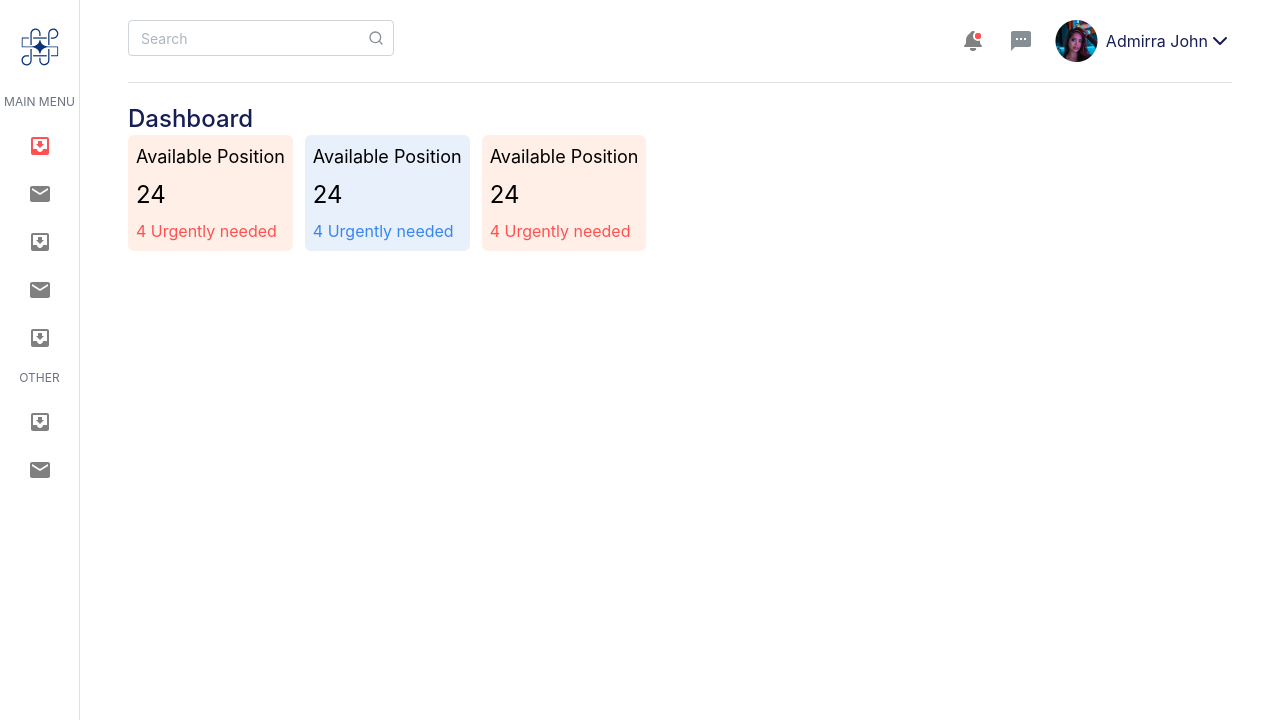
Repository: SatyaDewangan05/sample-dashboard
Page: /
The author's editor kept a copy of each file at every save. The page is drawn from the files as they stood at one save, then again after the next save.
The browser window is 1280 px wide. The pictures show the whole page.
The project was rebuilt for these pictures with package versions that can differ from the ones it lists, and the page was loaded fresh each time. The framework's server and built-in components were replaced by stand-ins that run in the browser. Also part of the build but not shown: next.config.mjs.

Above is the page before, as saved 2024-09-21 23:36:38.

### src/app/layout.js
import localFont from "next/font/local";
import "./globals.css";
import { MantineProvider } from "@mantine/core";
import "@mantine/core/styles.css";

const geistSans = localFont({
  src: "./fonts/GeistVF.woff",
  variable: "--font-geist-sans",
  weight: "100 900",
});
const geistMono = localFont({
  src: "./fonts/GeistMonoVF.woff",
  variable: "--font-geist-mono",
  weight: "100 900",
});

export const metadata = {
  title: "Create Next App",
  description: "Generated by create next app",
};

export default function RootLayout({ children }) {
  return (
    <html lang="en">
      <body
        className={`${geistSans.variable} ${geistMono.variable} antialiased bg-white`}
      >
        <MantineProvider>{children}</MantineProvider>
      </body>
    </html>
  );
}

### src/app/page.jsx
import Image from "next/image";
import MiniDrawer from "./components/Drawer";
import {
  ActionIcon,
  Anchor,
  Avatar,
  Divider,
  Indicator,
  TextInput,
  Title,
} from "@mantine/core";
import { Search } from "lucide-react";
import {
  IconBellFilled,
  IconChevronCompactDown,
  IconChevronDown,
} from "@tabler/icons-react";
import TextsmsIcon from "@mui/icons-material/Textsms";
import DP from "@/images/dp.png";
import ThreeData from "./components/card/ThreeData";

export default function Home() {
  return (
    <div className="flex">
      <MiniDrawer />
      <div className="w-full px-12">
        {/* Top Bar */}
        <div className="w-full py-5 flex justify-between">
          <TextInput placeholder="Search" rightSection={<Search size={16} />} />
          <div className="flex items-center gap-5">
            <ActionIcon
              variant="transparent"
              color="gray"
              // c="black"
              aria-label="Settings"
            >
              <Indicator color="#FF5151" offset={7} withBorder>
                <IconBellFilled color="gray" />
              </Indicator>
            </ActionIcon>
            <ActionIcon
              variant="transparent"
              color="gray"
              // c="black"
              aria-label="Settings"
            >
              <TextsmsIcon color="gray" />
            </ActionIcon>
            <div className="flex gap-2 items-center">
              <Image src={DP} />
              <Anchor
                href="https://mantine.dev/"
                target="_blank"
                underline="never"
                c="#161E54"
              >
                <div className="flex items-center">
                  Admirra John
                  <IconChevronDown />
                </div>
              </Anchor>
            </div>
          </div>
        </div>
        <Divider />

        <div className="w-full py-5">
          <p className="text-2xl font-medium text-[#161E54]">Dashboard</p>
          <div className="flex gap-3">
            <ThreeData bgColor="#FFEFE7" textColor="#FF5151" />
            <ThreeData bgColor="#E8F0FB" textColor="#3786F1" />
            <ThreeData bgColor="#FFEFE7" textColor="#FF5151" />
          </div>
        </div>
      </div>
    </div>
  );
}

### src/app/globals.css
@tailwind base;
@tailwind components;
@tailwind utilities;

:root {
  --background: #ffffff;
  --foreground: #171717;
}

/* @media (prefers-color-scheme: dark) {
  :root {
    --background: #0a0a0a;
    --foreground: #ededed;
  }
} */

body {
  color: var(--foreground);
  background: var(--background);
  font-family: Arial, Helvetica, sans-serif;
}

@layer utilities {
  .text-balance {
    text-wrap: balance;
  }
}

@layer base {
  :root {
    --background: 0 0% 100%;
    --foreground: 0 0% 3.9%;
    --card: 0 0% 100%;
    --card-foreground: 0 0% 3.9%;
    --popover: 0 0% 100%;
    --popover-foreground: 0 0% 3.9%;
    --primary: 0 0% 9%;
    --primary-foreground: 0 0% 98%;
    --secondary: 0 0% 96.1%;
    --secondary-foreground: 0 0% 9%;
    --muted: 0 0% 96.1%;
    --muted-foreground: 0 0% 45.1%;
    --accent: 0 0% 96.1%;
    --accent-foreground: 0 0% 9%;
    --destructive: 0 84.2% 60.2%;
    --destructive-foreground: 0 0% 98%;
    --border: 0 0% 89.8%;
    --input: 0 0% 89.8%;
    --ring: 0 0% 3.9%;
    --chart-1: 12 76% 61%;
    --chart-2: 173 58% 39%;
    --chart-3: 197 37% 24%;
    --chart-4: 43 74% 66%;
    --chart-5: 27 87% 67%;
    --radius: 0.5rem;
  }
  .dark {
    --background: 0 0% 3.9%;
    --foreground: 0 0% 98%;
    --card: 0 0% 3.9%;
    --card-foreground: 0 0% 98%;
    --popover: 0 0% 3.9%;
    --popover-foreground: 0 0% 98%;
    --primary: 0 0% 98%;
    --primary-foreground: 0 0% 9%;
    --secondary: 0 0% 14.9%;
    --secondary-foreground: 0 0% 98%;
    --muted: 0 0% 14.9%;
    --muted-foreground: 0 0% 63.9%;
    --accent: 0 0% 14.9%;
    --accent-foreground: 0 0% 98%;
    --destructive: 0 62.8% 30.6%;
    --destructive-foreground: 0 0% 98%;
    --border: 0 0% 14.9%;
    --input: 0 0% 14.9%;
    --ring: 0 0% 83.1%;
    --chart-1: 220 70% 50%;
    --chart-2: 160 60% 45%;
    --chart-3: 30 80% 55%;
    --chart-4: 280 65% 60%;
    --chart-5: 340 75% 55%;
  }
}

@layer base {
  * {
    @apply border-border;
  }
  body {
    @apply bg-background text-foreground;
  }
}

### src/app/components/Drawer.jsx
"use client";

import { styled } from "@mui/material/styles";
import MuiDrawer from "@mui/material/Drawer";
import List from "@mui/material/List";
import IconButton from "@mui/material/IconButton";
import MenuIcon from "@mui/icons-material/Menu";

import ListItem from "@mui/material/ListItem";
import ListItemButton from "@mui/material/ListItemButton";
import ListItemIcon from "@mui/material/ListItemIcon";
import ListItemText from "@mui/material/ListItemText";
import InboxIcon from "@mui/icons-material/MoveToInbox";
import MailIcon from "@mui/icons-material/Mail";
import { useState } from "react";
import Image from "next/image";

import Logo from "@/images/logo.svg";
import LogoWithName from "@/images/logo_with_name.png";

const drawerWidth = 220;

const openedMixin = (theme) => ({
  width: drawerWidth,
  transition: theme.transitions.create("width", {
    easing: theme.transitions.easing.sharp,
    duration: theme.transitions.duration.enteringScreen,
  }),
  overflowX: "hidden",
});

const closedMixin = (theme) => ({
  transition: theme.transitions.create("width", {
    easing: theme.transitions.easing.sharp,
    duration: theme.transitions.duration.leavingScreen,
  }),
  overflowX: "hidden",
  width: "80px",
  [theme.breakpoints.up("sm")]: {
    width: "80px",
  },
});

const DrawerHeader = styled("div")(({ theme }) => ({
  display: "flex",
  alignItems: "center",
  justifyContent: "center",
  padding: "20px",
  // necessary for content to be below app bar
  ...theme.mixins.toolbar,
}));

const Drawer = styled(MuiDrawer, {
  shouldForwardProp: (prop) => prop !== "open",
})(({ theme }) => ({
  width: drawerWidth,
  flexShrink: 0,
  whiteSpace: "nowrap",
  boxSizing: "border-box",
  variants: [
    {
      props: ({ open }) => open,
      style: {
        ...openedMixin(theme),
        "& .MuiDrawer-paper": openedMixin(theme),
      },
    },
    {
      props: ({ open }) => !open,
      style: {
        ...closedMixin(theme),
        "& .MuiDrawer-paper": closedMixin(theme),
      },
    },
  ],
}));

export default function MiniDrawer() {
  const [open, setOpen] = useState(false);

  const [active, setActive] = useState("Dashboard");

  return (
    <Drawer variant="permanent" open={open}>
      <DrawerHeader>
        <IconButton onClick={() => setOpen((prevState) => !prevState)}>
          {open ? (
            <Image src={LogoWithName} alt="Images" />
          ) : (
            <Image className="mx-auto" src={Logo} alt="Images" />
          )}
        </IconButton>
      </DrawerHeader>
      <p
        className={`h-5 uppercase text-xs  text-gray-500 ${
          open ? "pl-5" : "text-center"
        }`}
      >
        Main Menu
      </p>
      <List>
        {["Dashboard", "Recruitment", "Schedule", "Employee", "Department"].map(
          (text, index) => (
            <ListItem key={text} disablePadding sx={{ display: "block" }}>
              <ListItemButton
                sx={[
                  {
                    minHeight: 48,
                    px: 2,
                    color: active === text ? "#FF5151" : "unset",
                  },
                  open
                    ? {
                        justifyContent: "initial",
                      }
                    : {
                        justifyContent: "center",
                      },
                ]}
                onClick={() => setActive(text)}
              >
                <ListItemIcon
                  sx={[
                    {
                      //   minWidth: 0,
                      justifyContent: "center",
                      color: active === text ? "#FF5151" : "gray",
                    },
                    open
                      ? {
                          mr: 2,
                        }
                      : {
                          mx: "auto",
                        },
                  ]}
                >
                  {index % 2 === 0 ? <InboxIcon /> : <MailIcon />}
                </ListItemIcon>
                <ListItemText
                  primary={text}
                  sx={[
                    open
                      ? {
                          opacity: 1,
                        }
                      : {
                          opacity: 0,
                        },
                  ]}
                />
              </ListItemButton>
            </ListItem>
          )
        )}
      </List>
      <p
        className={`h-5 uppercase text-xs text-gray-500 ${
          open ? " pl-5" : "text-center"
        }`}
      >
        Other
      </p>
      <List>
        {["Support", "Settings"].map((text, index) => (
          <ListItem key={text} disablePadding sx={{ display: "block" }}>
            <ListItemButton
              sx={[
                {
                  minHeight: 48,
                  px: 2,
                },
                open
                  ? {
                      justifyContent: "initial",
                    }
                  : {
                      justifyContent: "center",
                    },
              ]}
              onClick={() => setActive(text)}
            >
              <ListItemIcon
                sx={[
                  {
                    justifyContent: "center",
                    color: active === text ? "#FF5151" : "gray",
                  },
                  open
                    ? {
                        mr: 2,
                      }
                    : {
                        mx: "auto",
                      },
                ]}
              >
                {index % 2 === 0 ? <InboxIcon /> : <MailIcon />}
              </ListItemIcon>
              <ListItemText
                primary={text}
                sx={[
                  open
                    ? {
                        opacity: 1,
                      }
                    : {
                        opacity: 0,
                      },
                ]}
              />
            </ListItemButton>
          </ListItem>
        ))}
      </List>
    </Drawer>
  );
}

### src/app/components/card/ThreeData.jsx
const ThreeData = ({ bgColor, textColor }) => {
  return (
    <div
      className="p-2 rounded-md flex flex-col gap-2"
      style={{ backgroundColor: bgColor ? bgColor : "gray" }}
    >
      <p className="text-lg">Available Position</p>
      <p className="text-2xl">24</p>
      <p
        className="text-base"
        style={{ color: textColor ? textColor : "white" }}
      >
        4 Urgently needed
      </p>
    </div>
  );
};

export default ThreeData;

Loaded but not shown: tailwind.config.js (common file)

After the next save:
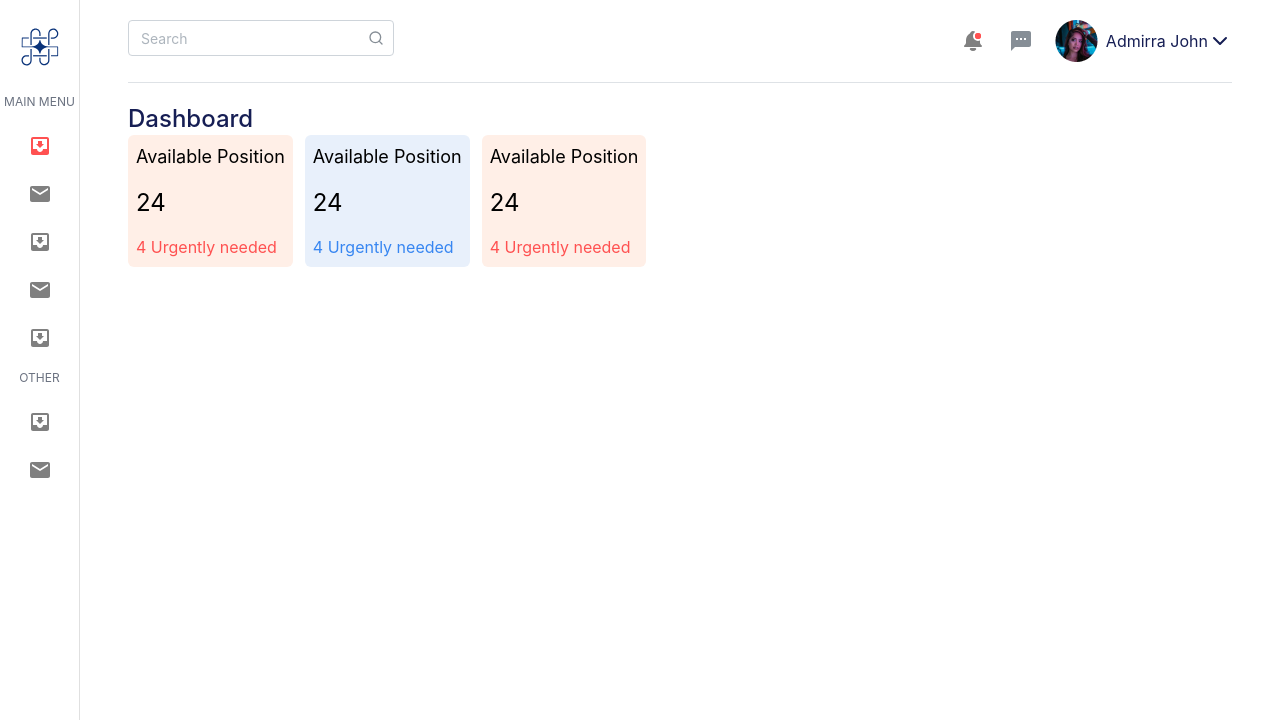
Saved 39 s later.
--- a/src/app/components/card/ThreeData.jsx
+++ b/src/app/components/card/ThreeData.jsx
@@ -1,7 +1,7 @@
 const ThreeData = ({ bgColor, textColor }) => {
   return (
     <div
-      className="p-2 rounded-md flex flex-col gap-2"
+      className="p-2 rounded-md flex flex-col gap-4"
       style={{ backgroundColor: bgColor ? bgColor : "gray" }}
     >
       <p className="text-lg">Available Position</p>
